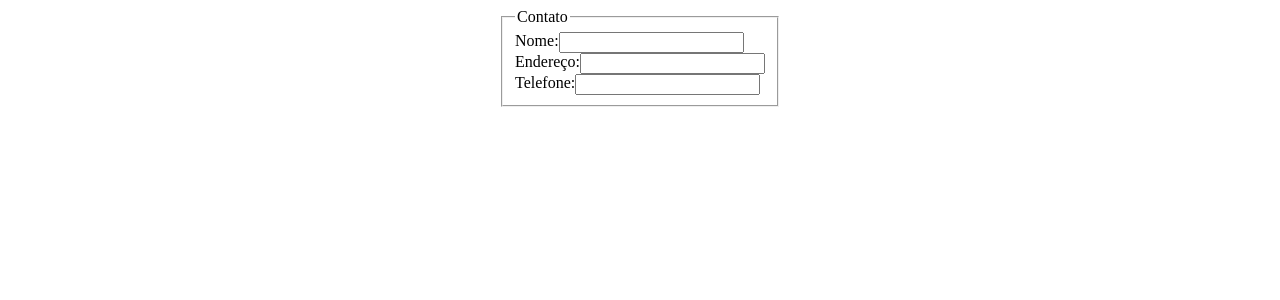
Repository: daniloserafim/trilha-backend-senai
Page: exemploServlet/WebContent/contato.html
An editor plug-in stored every save of this project. The page is shown before and after the next save, followed by the edit.
The browser window is 1280 px wide. The pictures show the whole page.

Above is the page before, as saved 2022-05-31 22:48:29.

After the next save:
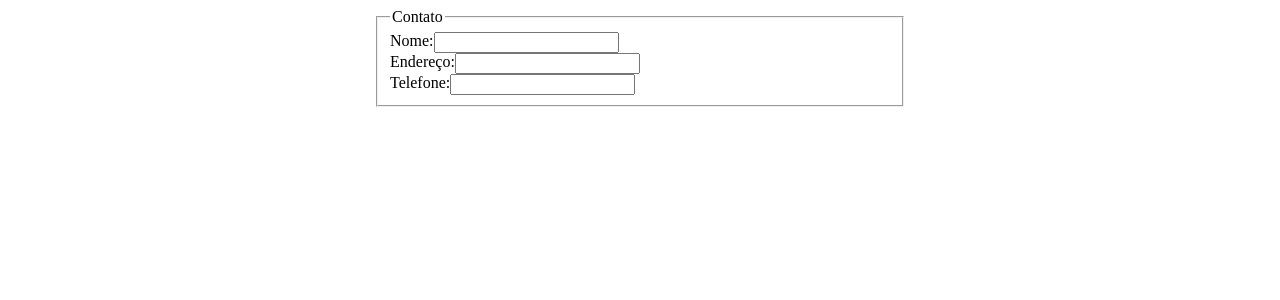
Saved 7 s later.
--- a/exemploServlet/WebContent/style.css
+++ b/exemploServlet/WebContent/style.css
@@ -8,7 +8,7 @@ body {
 }
 
 fieldset {
-	width: 200px;
+	width: 500px;
 }
 
 .item-box {
